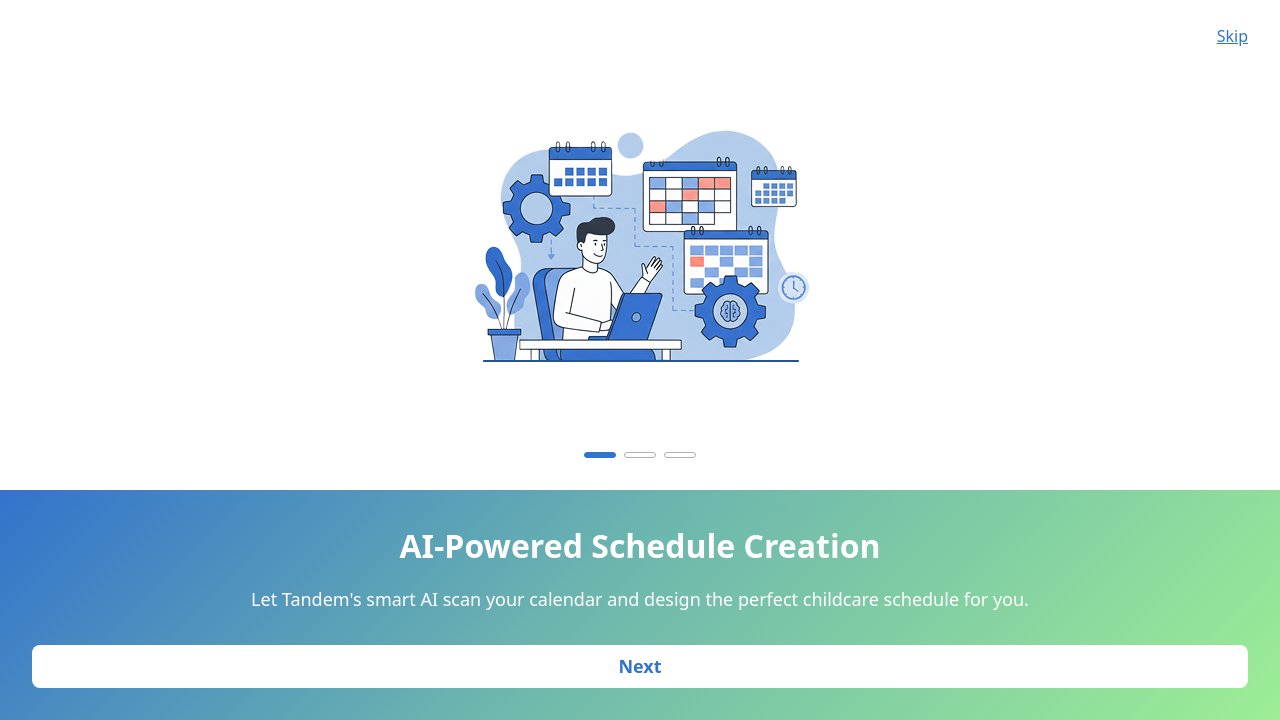
Repository: IDSP-TRADECARE/Tandem
Page: /boarding/features
An editor plug-in stored every save of this project. The page is shown before and after the next save, followed by the edit.
The browser window is 1280 px wide. The pictures show the whole page.
The page's requests for data from a server got no answer. Some web fonts or font styles are not loaded; a fallback is used. The project was rebuilt for these pictures with package versions that can differ from the ones it lists, and the page was loaded fresh each time. Some packages were replaced by stand-ins written for this rebuild. The framework's server and built-in components were replaced by stand-ins that run in the browser. No one was signed in, and anything a server would have sent is missing. Also part of the build but not shown: next.config.ts, src/app/components/auth/AuthGuard.tsx.

Above is the page before, as saved 2025-11-22 23:59:36.

After the next save:
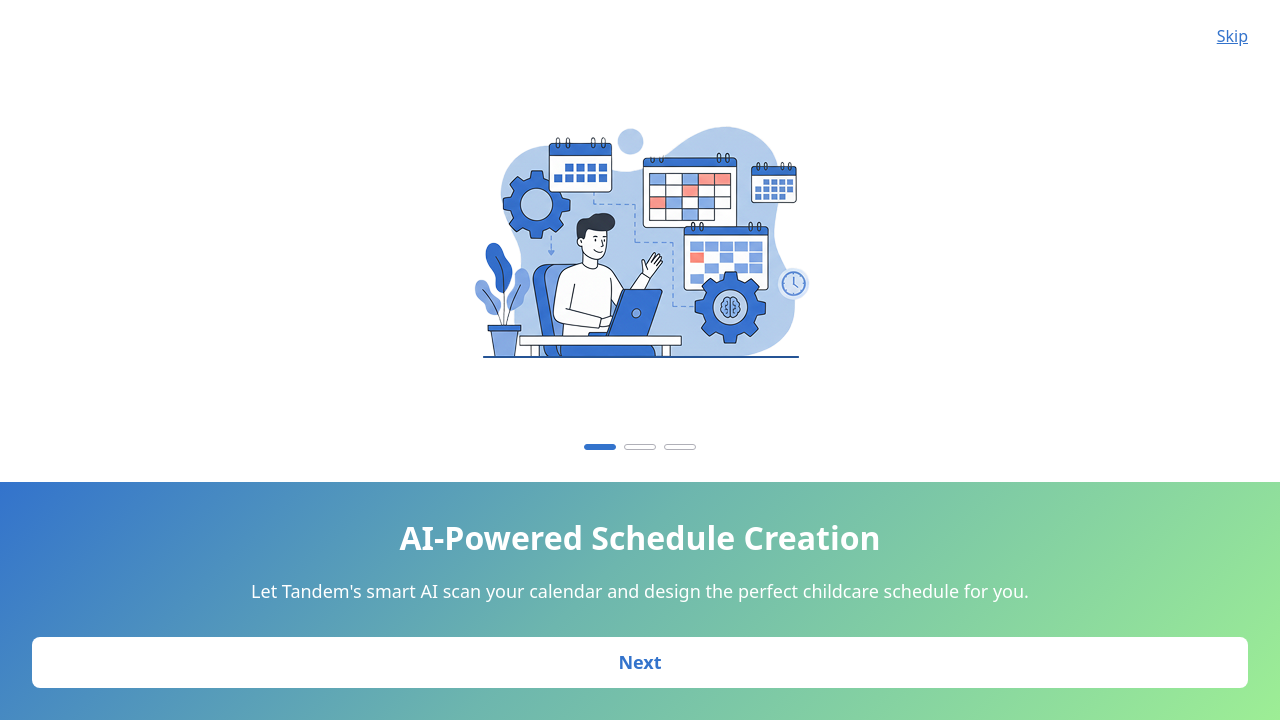
Saved 5 s later.
--- a/src/app/boarding/features/features.module.css
+++ b/src/app/boarding/features/features.module.css
@@ -123,7 +123,7 @@
 
 .nextButton {
     flex: 1;
-    padding: 0.5rem;
+    padding: 0.75rem;
     background: #ffffff;
     color: var(--color-primary);
     border: none;
